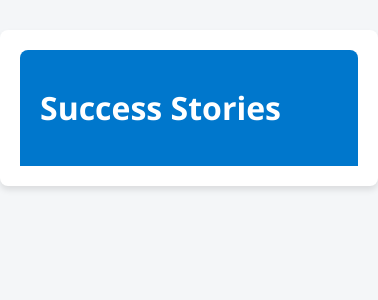
Repository: omas1st/stories
Page: http://localhost/stories/
An editor plug-in stored every save of this project. The page is shown before and after the next save, followed by the edit.
The browser window is 375 px wide. The page is 378 px wide, then 375 px, so the pictures cover 378 px, including what lies to the right of the window. The pictures show the whole page.
The page is served by the project's Node server (server.js). Queries for data that is not in the repository find no rows.

Above is the page before, as saved 2025-04-06 15:44:37.

After the next save:
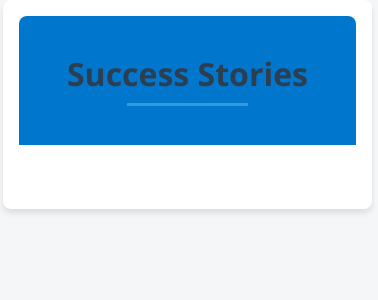
Saved 3 min 54 s later.
--- a/public/css/stories.css
+++ b/public/css/stories.css
@@ -1,51 +1,114 @@
-/* public/css/stories.css */
+/* stories.css */
+.stories-container {
+    max-width: 1200px;
+    margin: 0 auto;
+    padding: 2rem;
+}
 
-/* Container for the success stories page */
-.stories-container {
-    width: 90%;
-    max-width: 1200px;
-    margin: 30px auto;
-    padding: 20px;
-    background: #fff;
-    border-radius: 8px;
+.stories-container header {
+    text-align: center;
+    margin-bottom: 3rem;
+}
+
+.stories-container h1 {
+    font-size: 2.5rem;
+    color: #2c3e50;
+    margin-bottom: 1rem;
+    position: relative;
+    display: inline-block;
+}
+
+.stories-container h1::after {
+    content: '';
+    display: block;
+    width: 50%;
+    height: 3px;
+    background: #3498db;
+    margin: 0.5rem auto;
+}
+
+.story {
+    background: #ffffff;
+    border-radius: 10px;
     box-shadow: 0 4px 6px rgba(0, 0, 0, 0.1);
-  }
+    margin-bottom: 2rem;
+    padding: 2rem;
+    transition: transform 0.3s ease;
+}
 
-  /* Individual story container */
-  .story {
-    margin-bottom: 20px;
-    padding-bottom: 20px;
-    border-bottom: 1px solid #e0e0e0;
-  }
+.story:hover {
+    transform: translateY(-5px);
+}
 
-  /* First row: header with image and name */
-  .story-header {
+.story-header {
     display: flex;
     align-items: center;
-    margin-bottom: 10px;
-  }
+    margin-bottom: 1.5rem;
+}
 
-  .story-header img {
+.story-header img {
     width: 80px;
     height: 80px;
+    border-radius: 50%;
     object-fit: cover;
-    border-radius: 50%;
-    border: 2px solid #0077cc;
-    margin-right: 20px;
-  }
+    margin-right: 1.5rem;
+    border: 3px solid #3498db;
+}
 
-  .story-header h2 {
+.story-header h2 {
+    font-size: 1.5rem;
+    color: #2c3e50;
     margin: 0;
-    font-size: 1.6rem;
-    color: #0077cc;
-  }
+}
 
-  /* Second row: email and success story content */
-  .story-content {
-    padding-left: 100px; /* aligns with header text */
-  }
+.story-content {
+    line-height: 1.6;
+    color: #34495e;
+}
 
-  .story-content p {
-    margin: 5px 0;
-    line-height: 1.5;
-  }
+.story-content p:first-of-type {
+    margin-bottom: 1rem;
+    font-weight: 500;
+    color: #3498db;
+}
+
+.story-content p:last-child {
+    margin: 0;
+    font-size: 1rem;
+    color: #7f8c8d;
+}
+
+/* Responsive Design */
+@media (max-width: 768px) {
+    .stories-container {
+        padding: 1rem;
+    }
+
+    .story-header {
+        flex-direction: column;
+        text-align: center;
+    }
+
+    .story-header img {
+        margin-right: 0;
+        margin-bottom: 1rem;
+    }
+
+    .story-header h2 {
+        font-size: 1.3rem;
+    }
+
+    .story-content p:last-child {
+        font-size: 0.9rem;
+    }
+}
+
+@media (max-width: 480px) {
+    .stories-container h1 {
+        font-size: 2rem;
+    }
+
+    .story {
+        padding: 1.5rem;
+    }
+}
